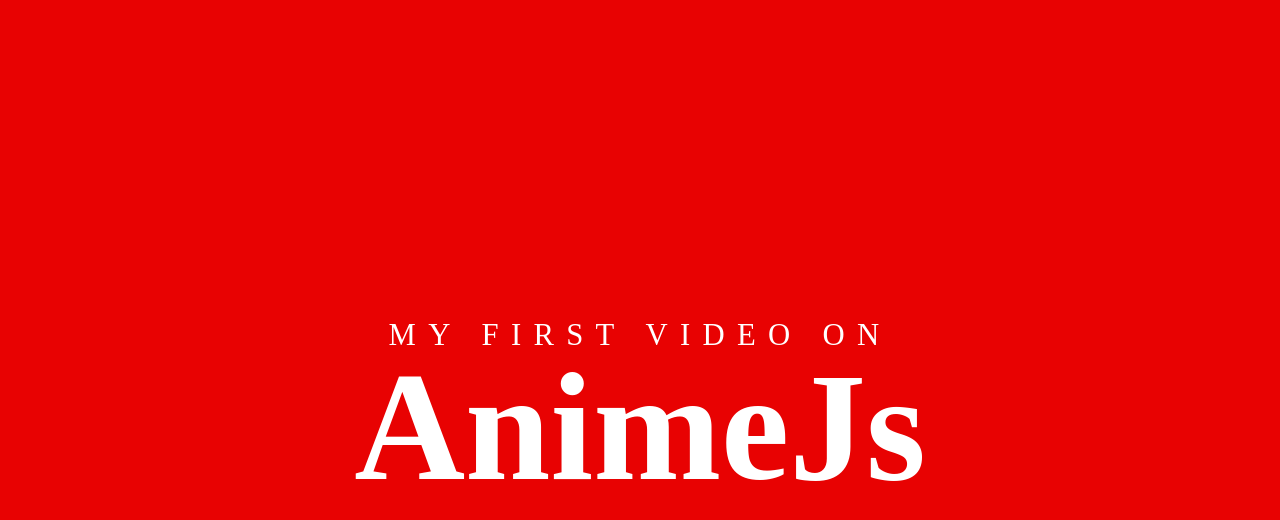
Repository: honghyunAhn/DailyFront
Page: Day210213_Background_Animation/index.html
An editor plug-in stored every save of this project. The page is shown before and after the next save, followed by the edit.
The browser window is 1280 px wide. The pictures show the whole page.

Above is the page before, as saved 2021-02-13 21:01:15.

After the next save:
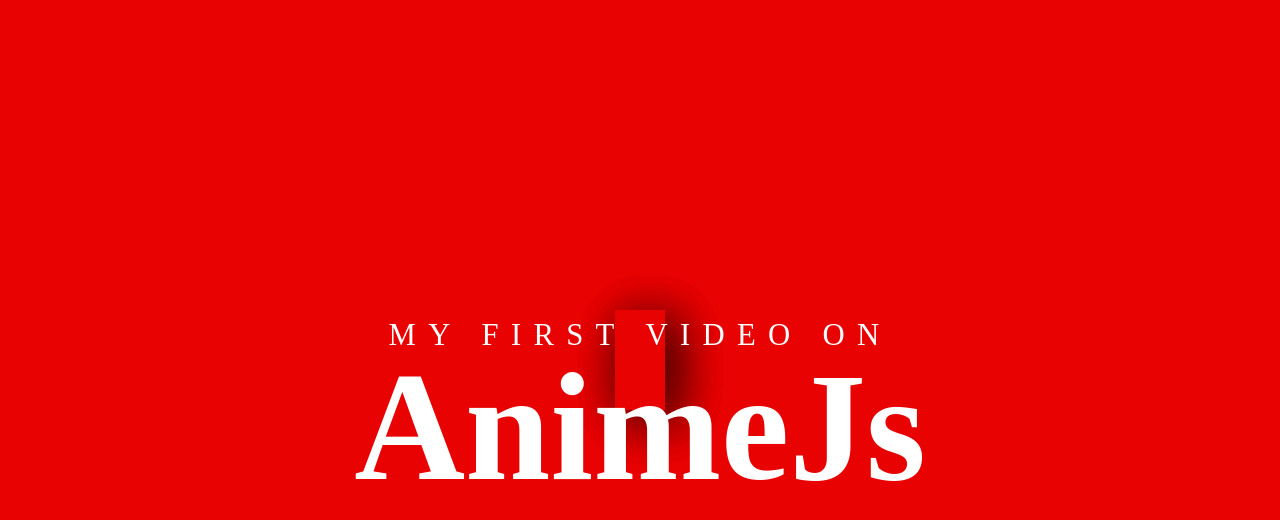
Saved 101 s later.
--- a/Day210213_Background_Animation/style.css
+++ b/Day210213_Background_Animation/style.css
@@ -36,3 +36,10 @@
   font-weight: 400;
   text-transform: uppercase;
 }
+.block {
+  position: absolute;
+  width: 50px;
+  height: 100px;
+  background: #e80202;
+  box-shadow: 10px 10px 50px rgba(0, 0, 0, 0.2);
+}

After the 2 saves that followed:
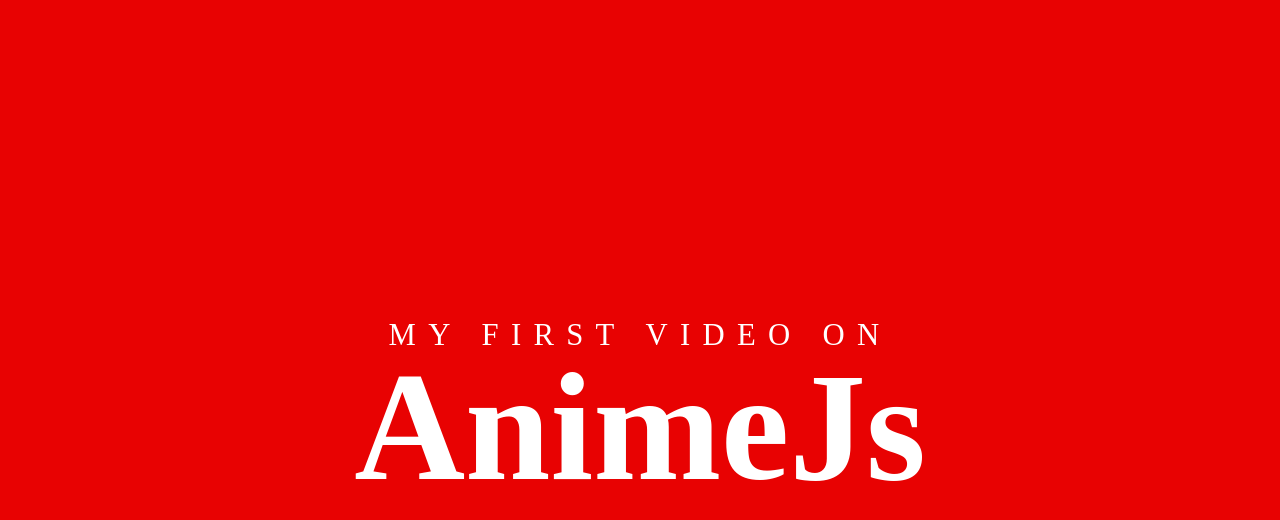
Console error: SyntaxError: Unexpected token '{'
The 2 saves are shown as one change because 1 left the picture as it was.
The last was saved 6 min 50 s later.
--- a/Day210213_Background_Animation/index.html
+++ b/Day210213_Background_Animation/index.html
@@ -11,6 +11,7 @@
     <div class="container">
         <h2><span>My first video on</span><br>AnimeJs</h2>
     </div>
+    <script src="anime.min.js"></script>
     <script>
         const container = document.querySelector('.container')
         for (var i = 0; i <= 5; i++){
@@ -18,6 +19,13 @@
             blocks.classList.add('block');
             container.appendChild(blocks);
         }
+
+        function animateBlocks(){
+            anime{
+                targets: '.block',
+                translateX: 400,
+            }
+        }
     </script>
 </body>
 </html>
